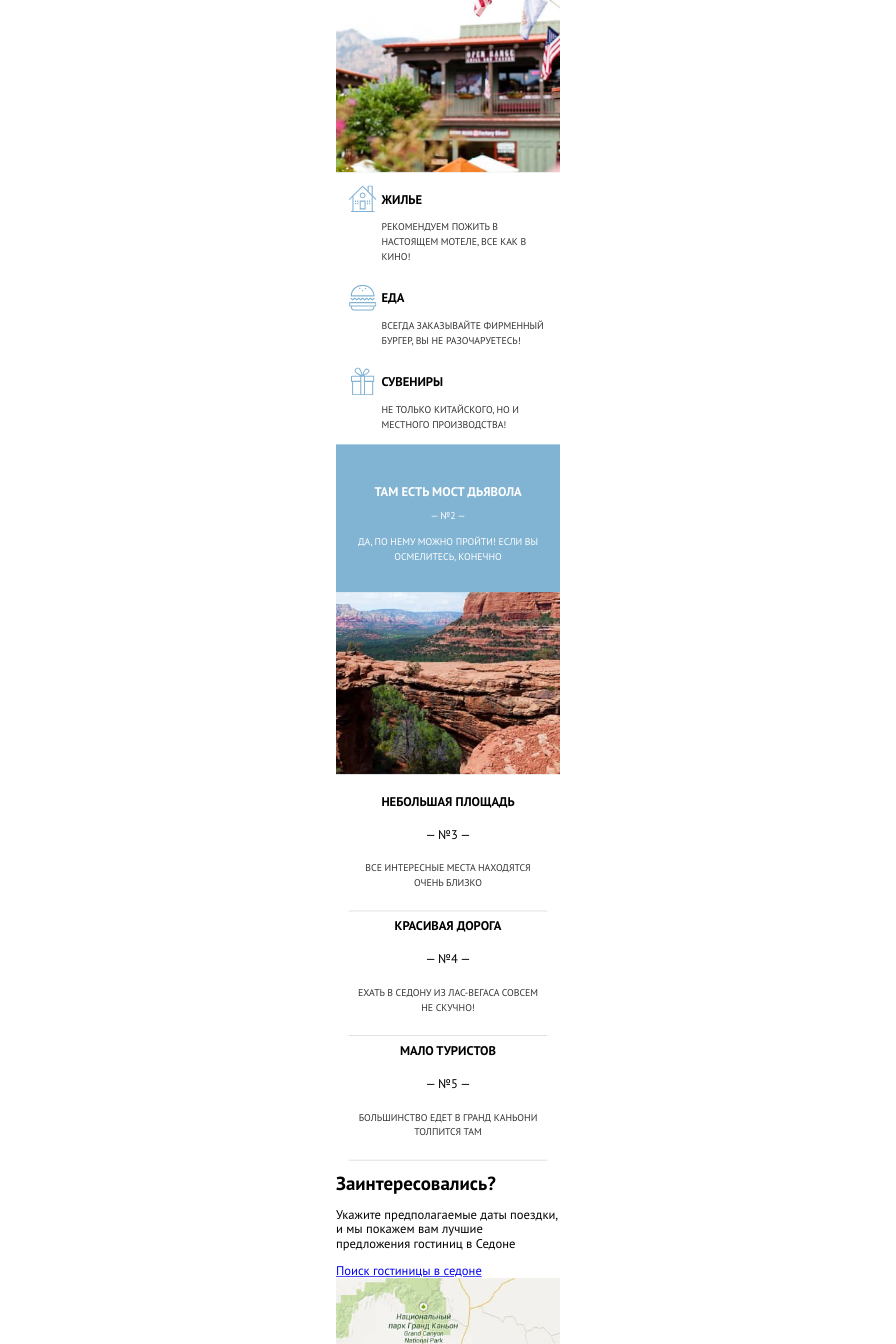
Repository: iKrekus/2149661-sedona-27
Page: source/index.html
These files come from the project's save history. The page is drawn as it stood at one moment and after the next save; the edit follows.
The browser window is 1280 px wide. The pictures show the part of the page from y = 857 to 2777 px (the page is 3154 px tall), at 70% of full size.
The style sheet was rebuilt from its Sass, Less or Tailwind sources for each picture, by a compiler version that may differ from the author's.

Above is the page before, as saved 2022-12-05 12:41:02.

### source/index.html
<!DOCTYPE html>
<html class="page" lang="ru">
  <head>
    <meta charset="utf-8">
    <link rel="stylesheet" href="css/style.css">
    <title>HTML Academy: Седона</title>
  </head>
<body class="page__body">
  <header class="main-header">
    <a class="main-header__logo">
      <img src="img/logos/logo.svg" width="185" height="96" alt="Логотип 'Седона'.">
    </a>
    <div class="main-nav">
      <button class="main-nav__toggle" type="button">
        <span class="visually-hidden">Меню</span>
        <svg width="23" height="22" viewBox="0 0 23 22" fill="currentColor" xmlns="http://www.w3.org/2000/svg"><path d="M22.9 0H0v4h22.9V0ZM22.9 9H0v4h22.9V9ZM22.9 18H0v4h22.9v-4Z"/></svg>
      </button>
      <nav class="main-nav__wrapper main-nav__wrapper--hidden">
        <a class="main-nav__item main-nav__item--current" href="index.html">
          Главная
        </a>
        <a class="main-nav__item" href="catalog.html">
          Фото и видео
        </a>
        <a class="main-nav__item" href="form.html">
          Форма отзыва
        </a>
        <a class="main-nav__item" href="https://htmlacademy.ru/">
          HTMLACADEMY
        </a>
      </nav>
      <button class="main-nav__toggle main-nav__toggle--close" type="button">
        <span class="visually-hidden">Закрыть</span>
        <svg width="23" height="23" viewBox="0 0 23 23" fill="currentColor" xmlns="http://www.w3.org/2000/svg"><path d="M22.2 2.8 19.4 0l-8.3 8.3L2.8 0 0 2.8l8.3 8.3L0 19.4l2.8 2.8 8.3-8.3 8.3 8.3 2.8-2.8-8.3-8.3 8.3-8.3Z"/></svg>
      </button>
    </div>
  </header>
  <main class="main-container">
    <h1 class="visually-hidden">Поиск гостиниц в Седоне</h1>
      <section class="hero-block">
        <div class="hero-text-wrapper">
          <h2 class="hero-block__title">
            СЕДОНА — небольшой городок в АРИЗОНЕ,<br> заслуживающий большего!
          </h2>
          <p class="hero-block__description">
            Рассмотрим 5 причин, по которым Седона круче, чем гранд каньон!
          </p>
        </div>
      </section>
    <section class="features">
      <div class="features-wrapper">
        <h3 class="features__features-title">
          НАСТОЯЩИЙ ГОРОДОК
        </h3>
        <p class="features__features-divider">
          <!--Далее будет сделан через псевдоэлемент Или потом будет выводится, как номер пункта в списке, если переделать features в список-->
          — №1 —
        </p>
        <p class="features__features-description">
          СЕДОНА НЕ АТТРАКЦИОН ДЛЯ ТУРИСТОВ, ТАМ ТЕЧЕТ СВОЯ ЖИЗНЬ
        </p>
      </div>
      <img class="features__image" src="img/photo/sedona-town-mobile.jpg" alt="Фото Города." width="320" height="260">
    </section>
    <section class="advantages">
      <ul class="advantages__list advantages__list--pictured">
        <li class="advantages__item advantages__item--pictured advantages__item--icon-housing">
          <h3 class="advantages__title">
            Жилье
          </h3>
          <p class="advantages__description">
            Рекомендуем пожить в настоящем мотеле, все как в кино!
          </p>
        </li>
        <li class="advantages__item advantages__item--pictured advantages__item--icon-food">
          <h3 class="advantages__title">
            ЕДА
          </h3>
          <p class="advantages__description">
            Всегда заказывайте ФИРМЕННЫЙ БУРГЕР, Вы НЕ разочаруетесь!
          </p>
        </li>
        <li class="advantages__item advantages__item--pictured advantages__item--icon-souvenir">
          <h3 class="advantages__title">
            СУВЕНИРЫ
          </h3>
          <p class="advantages__description">
            Не только китайского, но и местного производства!
          </p>
        </li>
      </ul>
    </section>
    <section class="features">
      <div class="features-wrapper">
        <h3 class="features__features-title">
          Там есть Мост дьявола
        </h3>
        <p class="features__features-divider">
          <!--Далее будет сделан через псевдоэлемент Или потом будет выводится, как номер пункта в списке, если переделать features в список-->
          — №2 —
        </p>
        <p class="features__features-description">
          Да, по нему можно пройти! Если вы осмелитесь, конечно
        </p>
      </div>
      <img class="features__image" src="img/photo/devil-gridge-mobile.jpg" alt="Фото - 'Мост дьявола'." width="320" height="260">
    </section>
    <section class="advantages">
      <ol class="advantages__list">
        <li class="advantages__item">
          <h2 class="advantages__title">
            НЕБОЛЬШАЯ ПЛОЩАДЬ
          </h2>
          <p class="advantages__advantages-divider">
            <!--Далее будет сделан через псевдоэлемент Или потом будет выводится, как номер пункта в списке, если переделать features в список-->
            — №3 —
          </p>
          <p class="advantages__description">
            ВСЕ интересные места находятся очень близко
          </p>
        </li>
        <li class="advantages__item">
          <h2 class="advantages__title">
            КРАСИВАЯ ДОРОГА
          </h2>
          <p class="advantages__advantages-divider">
            <!--Далее будет сделан через псевдоэлемент Или потом будет выводится, как номер пункта в списке, если переделать features в список-->
            — №4 —
          </p>
          <p class="advantages__description">
            ЕХАТЬ В СЕДОНУ ИЗ ЛАС-ВЕГАСА совсем НЕ СКУЧНО!
          </p>
        </li>
        <li class="advantages__item">
          <h2 class="advantages__title">
            МАЛО ТУРИСТОВ
          </h2>
          <p class="advantages__advantages-divider">
            <!--Далее будет сделан через псевдоэлемент Или потом будет выводится, как номер пункта в списке, если переделать features в список-->
            — №5 —
          </p>
          <p class="advantages__description">
            Большинство едет в гранд каньони толпится там
          </p>
        </li>
      </ol>
    </section>
    <section class="action-form">
      <h2 class="action-form__title">Заинтересовались?</h2>
      <p class="action-form__description">Укажите предполагаемые даты поездки,<br>и мы покажем вам лучшие предложения гостиниц в Седоне</p>
      <a class="action-form__link button button-serch" href="#">Поиск гостиницы в седоне</a>
    </section>
    <div class="search-map">
      <img src="img/photo/map-mobile.jpg" alt="Карта." width="320" height="350">
    </div>
  </main>
  <footer class="main-footer">
    <p class="main-footer__title">
      #visitSEDONA
    </p>
      <div class="main-footer__social">
          <a class="main-footer__link button" href="https://vk.com/htmlacademy">
              <span class="visually-hidden">Вконтакте</span>
              <svg aria-hidden="true" focusable="false" width="24" height="14" fill="none" xmlns="http://www.w3.org/2000/svg">
                <path fill-rule="evenodd" clip-rule="evenodd" d="M24.116 1.804c.166-.546 0-.948-.795-.948h-2.625c-.668 0-.976.347-1.143.73 0 0-1.335 3.196-3.226 5.272-.612.602-.89.793-1.224.793-.167 0-.418-.19-.418-.738V1.804c0-.656-.184-.948-.74-.948H9.817c-.417
              0-.668.304-.668.593 0 .621.946.765 1.043 2.513V7.76c0 .833-.153.984-.487.984-.89 0-3.055-3.21-4.34-6.885-.249-.715-.5-1.003-1.172-1.003H1.566c-.75 0-.9.347-.9.73 0 .682.89 4.07 4.145 8.551 2.17 3.06 5.225 4.72 8.008 4.72 1.67 0 1.875-.369
              1.875-1.004V11.54c0-.737.158-.884.687-.884.39 0 1.057.192 2.615 1.667 1.78 1.75 2.073 2.533 3.075 2.533h2.625c.75 0 1.126-.368.91-1.096-.238-.724-1.088-1.775-2.215-3.022-.612-.71-1.53-1.475-1.809-1.858-.389-.49-.278-.71 0-1.147 0 0 3.2-4.426
              3.533-5.929h.001Z" fill="#83B3D3"/>
              </svg>
          </a>
          <a class="main-footer__link button" href="https://t.me/htmlacademy">
              <span class="visually-hidden">Телеграмм</span>
              <svg aria-hidden="true" focusable="false" width="18" height="16" fill="none" xmlns="http://www.w3.org/2000/svg">
                <path d="M16.79.96.84 7.1c-1.09.44-1.08 1.05-.2 1.32l4.1 1.28 9.47-5.98c.44-.27.85-.13.52.17l-7.68 6.93-.28 4.22c.41 0 .6-.2.83-.41l1.99-1.94 4.13 3.06c.77.42 1.31.2 1.5-.71l2.72-12.8c.28-1.1-.43-1.61-1.16-1.28Z" fill="#83B3D3"/>
              </svg>
          </a>
          <a class="main-footer__link button" href="https://www.youtube.com/user/htmlacademyru">
              <span class="visually-hidden">Youtube</span>
              <svg aria-hidden="true" focusable="false" width="22" height="17" fill="none" xmlns="http://www.w3.org/2000/svg">
                <path d="M18.94.356H3.507C1.647.356.333 1.95.333 3.756V13.85c0 1.913 1.314 3.506 3.174 3.506H19.16c1.642 0 3.174-1.593 3.174-3.4v-10.2c-.219-1.806-1.532-3.4-3.393-3.4ZM7.995 12.894V4.819l7.333 4.037-7.333 4.038Z" fill="#83B3D3"/>
              </svg>
          </a>
      </div>
      <div class="copyrirht-footer-wrapper">
        <div class="copyrirht-footer">
          <a class="copyrirht-footer__link" href="https://htmlacademy.ru/">
            <span class="copyrirht-footer__description">Разарботанно</span>
            <span class="visually-hidden">HTML Academy</span>
            <svg xmlns="http://www.w3.org/2000/svg" viewBox="0 0 60 60" width="27" height="34"><path fill="#000000" d="M30.2 5h-.2l-19.7 2.1v36.2l19.7 11.7 19.7-11.7v-36.2l-19.5-2.1zm17 36.8l-17.2 10.2-17.2-10.2v-14.8l17.1 10.2v1.8l-11.7-7v1.8l11.8 7.1v1.9l-11.8-7v1.8l11.8 7 11.9-7.1v-7.6l5.3-3.2v15.1zm-.1-17l-4.7 2.8-2.2 1.3-10.3-6.1v1.8l8.8 5.3h-.1l-.2.1-1.3.7-7.3-4.3v1.8l5.8 3.4-1.4.9-4.3-2.6v1.8l2.9 1.7-2.9 1.7-17-10.1 17-10.2 17.2 10zm.1-1.8l-17.3-10.2-17.1 10.2v-13.6l17.2-1.8 17.2 1.8v13.6z"/></svg>
          </a>
        </div>
      </div>
  </footer>
</body>
</html>

### source/sass/style.scss
// Начните писать стили здесь
@use "./blocks/mixins.scss";
@use "./blocks/variables.scss";
@use "./blocks/header/main-header.scss";
@use "./blocks/header/main-container.scss";
@use "./blocks/header/main-nav.scss";
@use "./blocks/body/hero-block.scss";
@use "./blocks/body/features.scss";
@use "./blocks/body/advantages.scss";


@font-face {
  font-family: "PT sans";
  src: url("../fonts/ptsans.woff") format("woof"), url("../fonts/ptsans.woff2") format("woff2");
  font-style: normal;
  font-weight: 400;
  font-display: swap;
}

@font-face {
  font-family: "PT sans";
  src: url("../fonts/ptsansbold.woff") format("woof"), url("../fonts/ptsansbold.woff2") format("woff2");
  font-style: normal;
  font-weight: 700;
  font-display: swap;
}

/* .page__body */
body {
  font-family: "PT Sans", sans-serif;
  font-size: 18px;
  font-style: normal;
  font-weight: 400;
  line-height: 21px;
  display: -webkit-box;
  display: -ms-flexbox;
  display: flex;
  -webkit-box-orient: vertical;
  -webkit-box-direction: normal;
  -ms-flex-direction: column;
  flex-direction: column;
  min-height: 100%;
  width: 320px;
  margin: 0 auto;
}

.visually-hidden {
  position: absolute;
  width: 1px;
  height: 1px;
  margin: -1px;
  border: 0;
  padding: 0;
  white-space: nowrap;
  clip-path: inset(100%);
  clip: rect(0 0 0 0);
  overflow: hidden;
}

### source/sass/blocks/mixins.scss
@use "variables.scss" as var;

//Mixins for text
@mixin font-title-mob {
  font-weight: 700;
  font-size: 18px;
  line-height: 26px;
}

@mixin font-description-mob {
  font-weight: 400;
  font-size: 14px;
  line-height: 21px;
}

//Mixins to blocks

@mixin advantages-icon-mob {
  content: "";
  width: var.$advantages-icon-width;
  height: var.$advantages-icon-height;
  position: absolute;
  top: 0;
  left: 0;
}
//Vertical middle centred block

### source/sass/blocks/variables.scss
//Variable colors
$primary-text-color: #000000;
$secondary-text-color: #333333;
$light-text-color: #ffffff;


//Pictures
$advantages-icon-width: 40px;
$advantages-icon-height: 40px;

### source/sass/blocks/header/main-header.scss
@use "../mixins.scss" as mixin;
@use "../variables.scss" as var;

.main-header {
  background-color: #ffffff;
  position: relative;
}

.main-header__logo {
  position: absolute;
  z-index: 1;
  left: 50%;
  transform: translateX(-50%);
}

### source/sass/blocks/header/main-container.scss
@use "../mixins.scss" as mixin;
@use "../variables.scss" as var;

### source/sass/blocks/header/main-nav.scss
@use "../mixins.scss" as mixin;
@use "../variables.scss" as var;

.main-nav {
  width: 100%;
  min-height: 56px;
  display: flex;
  justify-content: center;
  align-items: center;
  position: relative;
}

.main-nav__wrapper {
  display: flex;
  flex-direction: column;
  justify-content: center;
  width: 100%;
  position: absolute;
  top: 0;

  &--hidden {
    display: none;
  }
}

.main-nav__toggle {
  position: absolute;
  right: 20px;
  top: 17px;
  background: none;
  border: none;
  padding: 0;
  margin: 0;
  color: #81b3d2;

  &--close {
    color: #ffffff;
    z-index: 2;
    cursor: pointer;
    display: none;
  }
}

.main-nav__item {
  text-align: center;
  text-decoration: none;
  padding: 17px 20px 12px;
  box-sizing: border-box;
  font-weight: 700;
  font-size: 18px;
  line-height: 26px;
  text-transform: uppercase;
  color: #ffffff;
  border-bottom: 1px solid #678fa8;
  background-color: #80b2d1;
  z-index: 2;

  &--current {
    background-color: #678fa8;
  }
}

.main-nav__item:not(:first-child) {
  border-top: 1px solid #e7e5e5;
}

.main-nav__item:last-child {
  box-shadow: inset 0 -5px 5px -6px #000000;
}

### source/sass/blocks/body/hero-block.scss
@use "../mixins.scss" as mixin;
@use "../variables.scss" as var;

.hero-block {
  position: relative;

  &::before {
    content: " ";
    display: block;
    min-height: 389px;
    width: 100%;
    background: url("../img/bacgrounds/divider.svg") no-repeat center bottom, url("../img/bacgrounds/hero-title.svg") no-repeat center 51px, #d3e4ee url("../img/bacgrounds/background-hero-mobile.jpg") no-repeat center;
  }

  &::after {
    content: "";
    display: block;
    position: absolute;
    height: 37px;
    bottom: -37px;
    width: 100%;
    background: url("../img/bacgrounds/divider-bottom.svg") no-repeat center bottom;
  }
}

.hero-text-wrapper {
  padding: 0 30px;
  padding-top: 32px;
  position: relative;
}

.hero-block__title {
  text-transform: uppercase;
  text-align: center;

  @include mixin.font-title-mob;
  color: var.$primary-text-color;
  margin: 0;
}

.hero-block__description {
  padding-top: 35px;
  text-transform: uppercase;
  text-align: center;

  @include mixin.font-description-mob;
  color: var.$secondary-text-color;
  margin: 0;
}

### source/sass/blocks/body/features.scss
@use "../mixins.scss" as mixin;
@use "../variables.scss" as var;

.features {
  display: flex;
  flex-direction: column;
  background-color: #81b3d2;
  text-align: center;
}

.features-wrapper {
  padding-top: 54px;
  padding-bottom: 40px;
}

.features__features-title {
  @include mixin.font-title-mob;
  color: var.$light-text-color;
  margin: 0;
  text-transform: uppercase;
}

.features__features-divider {
  @include mixin.font-description-mob;
  color: var.$light-text-color;
  margin: 0;
  margin-top: 11px;
  margin-bottom: 17px;
}

.features__features-description {
  @include mixin.font-description-mob;
  color: var.$light-text-color;
  margin: 0;
  text-transform: uppercase;
}

### source/sass/blocks/body/advantages.scss
@use "../mixins.scss" as mixin;
@use "../variables.scss" as var;

.advantages {
  padding: 0 18px;
}

.advantages__list {
  list-style-type: none;
  padding: 0;

  &--pictured {
    display: flex;
    flex-direction: column;
    row-gap: 28px;
  }
}

.advantages__item {
  position: relative;
  text-align: center;
  padding: 8px;
  padding-bottom: 29px;
  border-bottom: 1px solid #d6d6d6;

  &--pictured {
    text-align: left;
    padding: 0;
    padding-left: 47px;
    padding-top: 8px;
    border: none;
  }

  &--icon-housing::before {
    @include mixin.advantages-icon-mob;
    background: url("../img/icons/advantages-housing.svg") no-repeat center/contain;
  }

  &--icon-food::before {
    @include mixin.advantages-icon-mob;
    background: url("../img/icons/advantages-food.svg") no-repeat center/contain;
  }

  &--icon-souvenir::before {
    @include mixin.advantages-icon-mob;
    background: url("../img/icons/advantages-souvenir.svg") no-repeat center/contain;
  }
}

.advantages-wrapper {
  padding: 0 30px;
  padding-top: 32px;
  position: relative;
}

.advantages__title {
  text-transform: uppercase;


  @include mixin.font-title-mob;
  color: var.$primary-text-color;
  margin: 0;
}

.advantages__description {
  padding-top: 16px;
  text-transform: uppercase;

  @include mixin.font-description-mob;
  color: var.$secondary-text-color;
  margin: 0;
}

.advantages__advantages-divider {
  margin-top: 23px;
  margin-bottom: 12px;
}

After the next save:
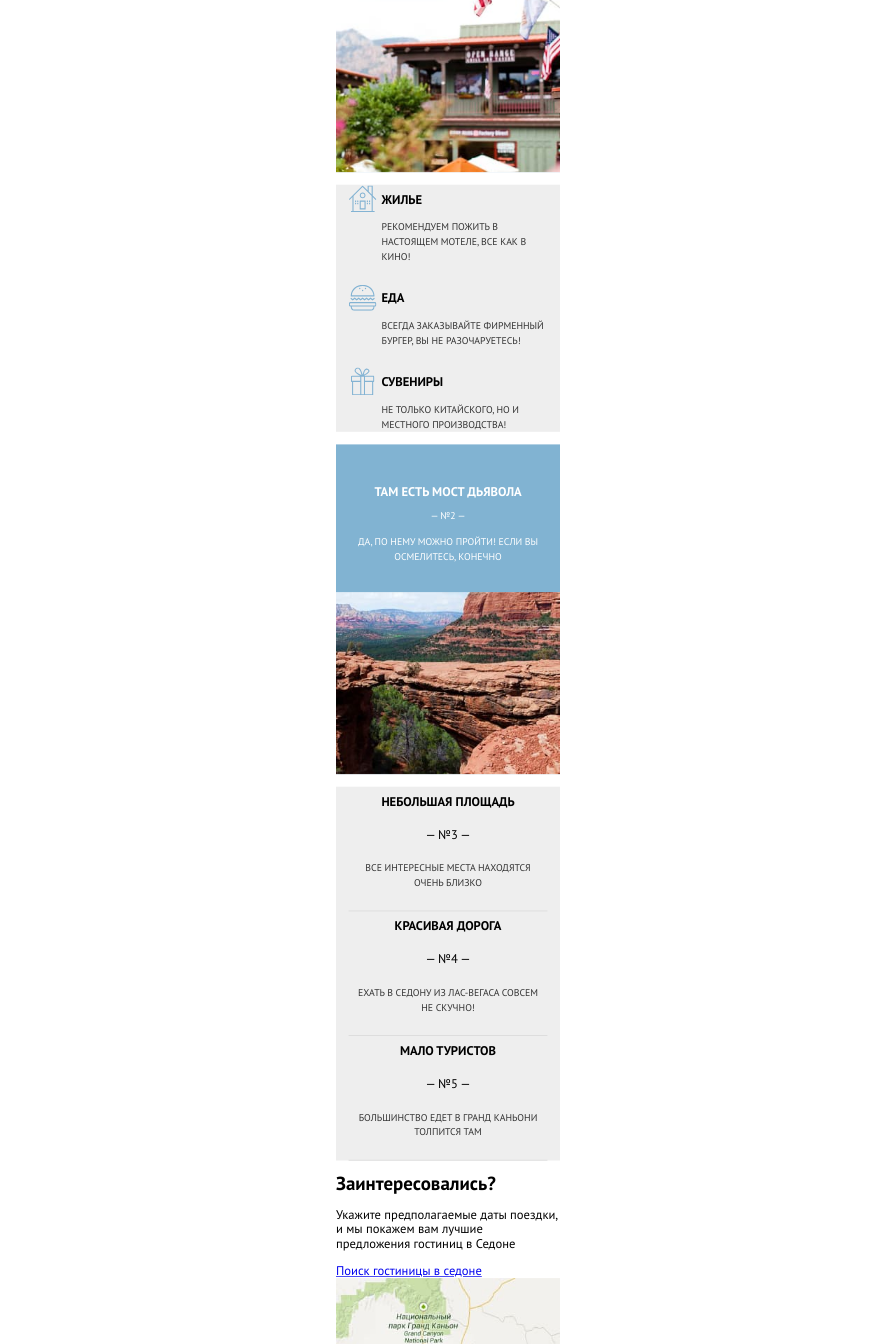
Saved 30 s later.
--- a/source/sass/blocks/body/advantages.scss
+++ b/source/sass/blocks/body/advantages.scss
@@ -3,6 +3,7 @@
 
 .advantages {
   padding: 0 18px;
+  background-color: #eeeeee;
 }
 
 .advantages__list {
